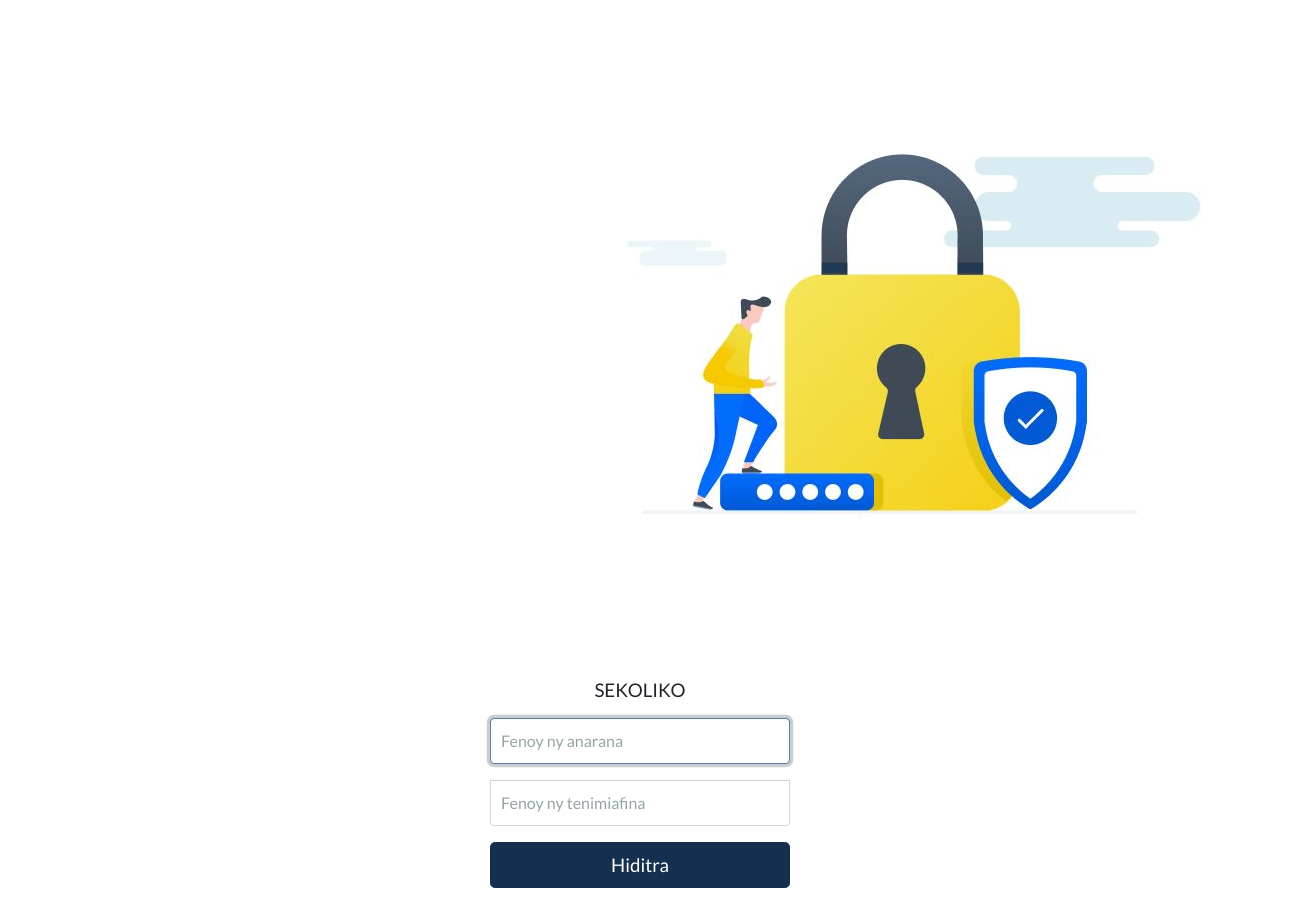
Repository: niainamahefa/j2ee-sekoliko
Page: http://localhost/Ecole/login
These files come from the project's save history. The page is drawn as it stood at one moment and after the next save; the edit follows.
The browser window is 1280 px wide. The page is 1290 px wide, then 1280 px, so the pictures cover 1290 px, including what lies to the right of the window. The pictures show the whole page.
The page is served by Tomcat 9.

Above is the page before, as saved 2021-02-03 18:38:19.

After the next save:
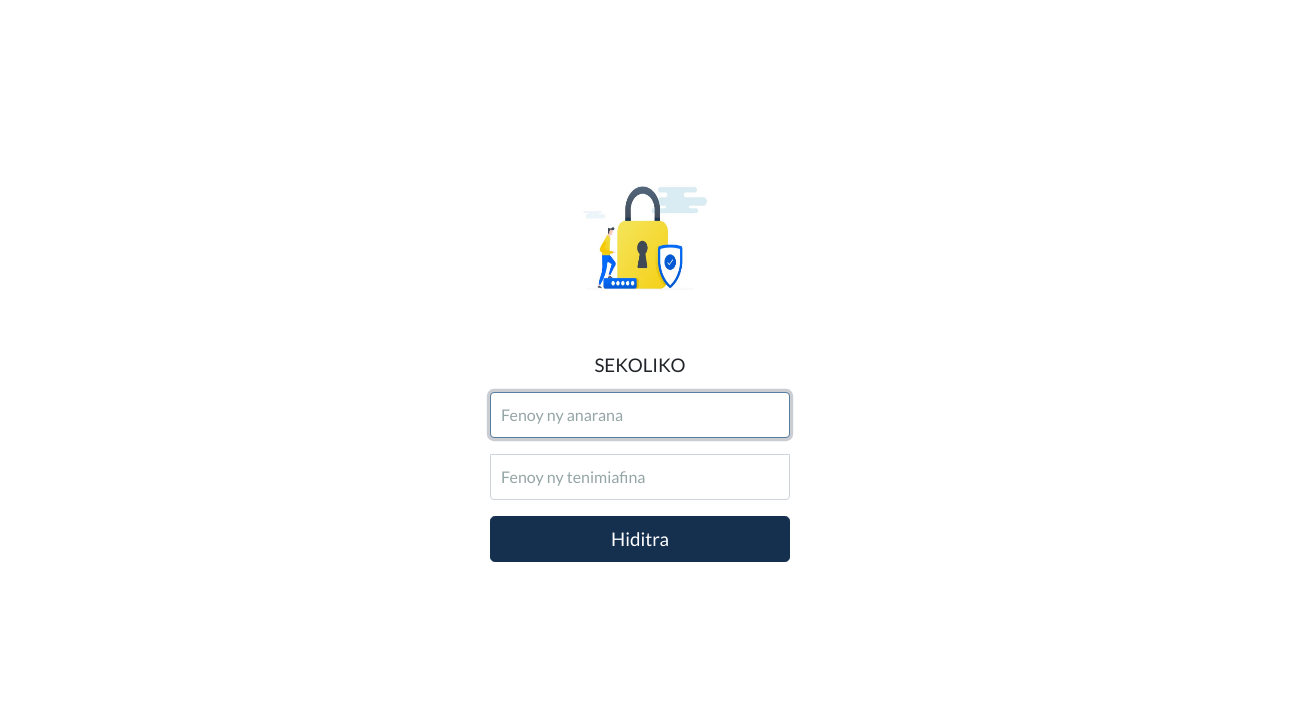
Saved 17 s later.
--- a/Ecole/WebContent/WEB-INF/login.jsp
+++ b/Ecole/WebContent/WEB-INF/login.jsp
@@ -35,7 +35,7 @@
   </head>
   <body class="text-center">
 	    <form class="form-signin" method="post">
-		  <img class="mb-4" src="./assets/images/security.jpg" alt="" >
+		  <img class="mb-4" src="./assets/images/security.jpg" alt="" width="172" height="172">
 		  <h1 class="h5 mb-3 font-weight-normal">SEKOLIKO</h1>
 		  <label for="inputEmail" class="sr-only">Anarana</label>
 		  <input type="text" id="inputEmail" class="form-control" placeholder="Fenoy ny anarana"  name="anarana" required autofocus>
